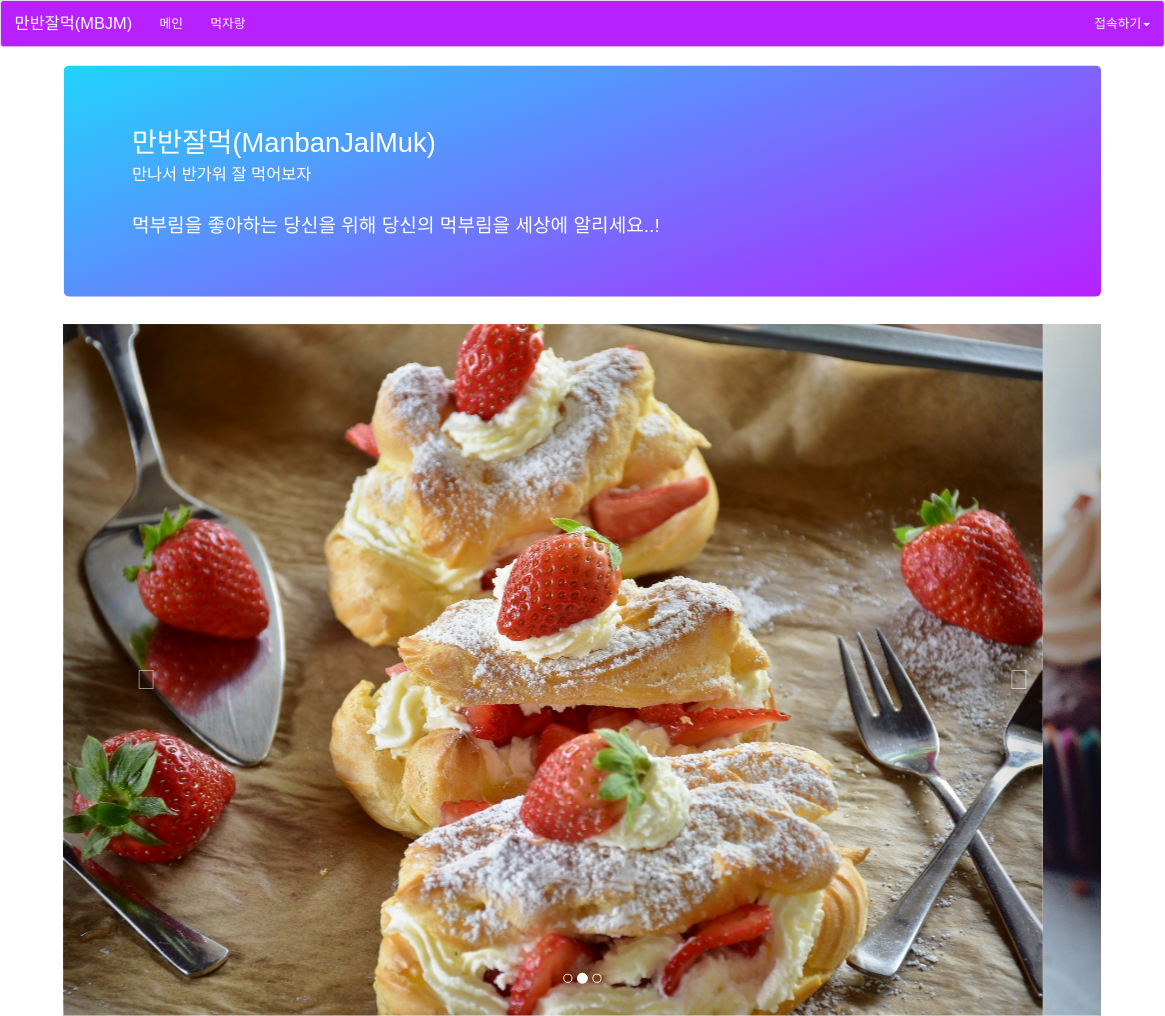
Repository: gimyoni/ManBanJalMuk
Page: http://localhost/text/main.jsp
An editor plug-in stored every save of this project. The page is shown before and after the next save, followed by the edit.
The browser window is 1280 px wide. The pictures show the whole page, at 91% of full size.
Some web fonts or font styles are not loaded; a fallback is used. Some web libraries are served in a nearby version. The page is served by Tomcat 9.

Above is the page before, as saved 2021-05-07 03:03:28.

After the next save:
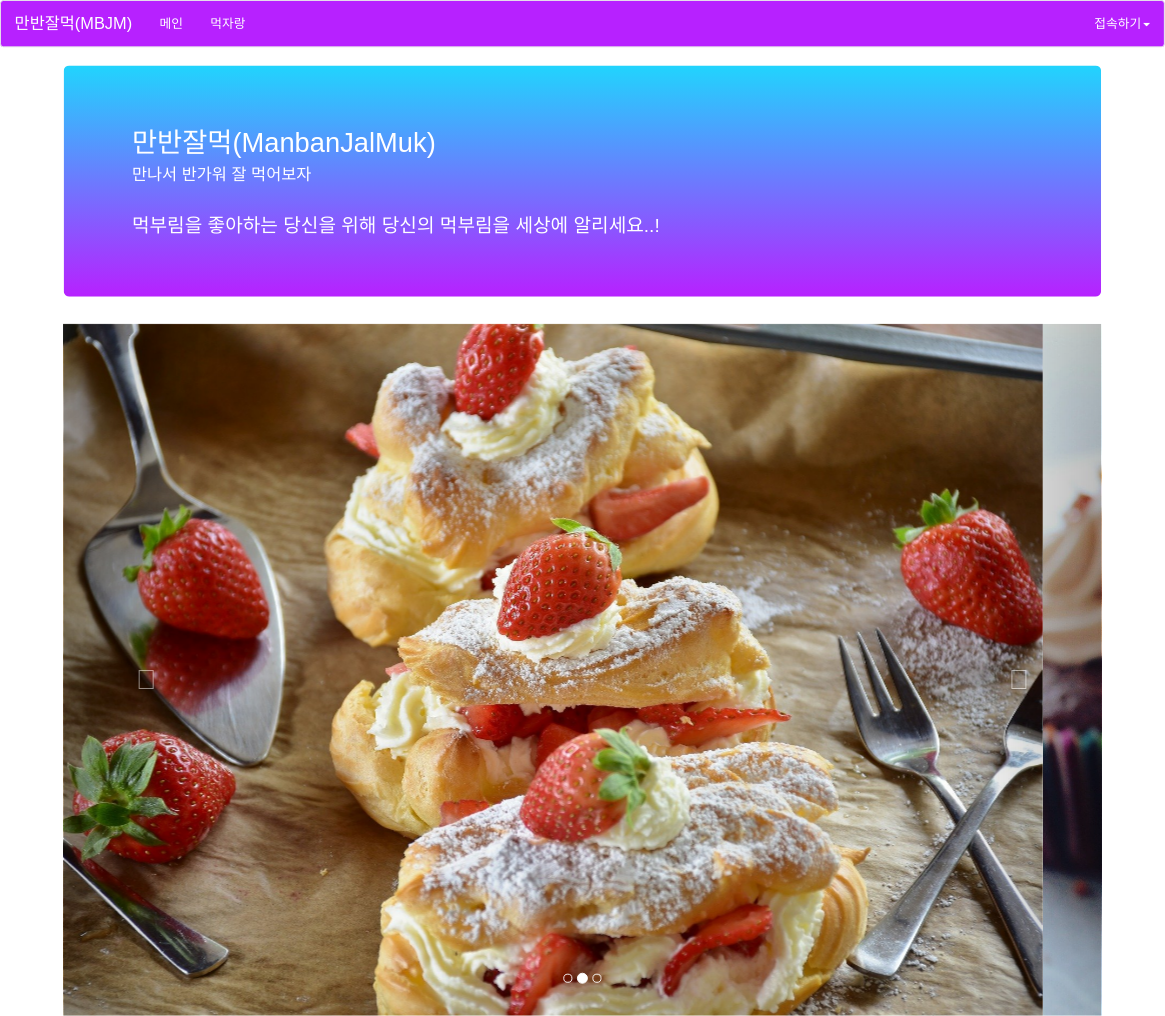
Saved 26 s later.
--- a/text/WebContent/css/custom.css
+++ b/text/WebContent/css/custom.css
@@ -9,7 +9,7 @@ h1{
 }
 .jumbotron{
 	color:white;
-	background-image: linear-gradient(-20deg, #b721ff 0%, #21d4fd 100%);
+	background-image: linear-gradient(to top, #b721ff 0%, #21d4fd 100%);
 }
 .navbar-default{
 	background-color:#b721ff;
